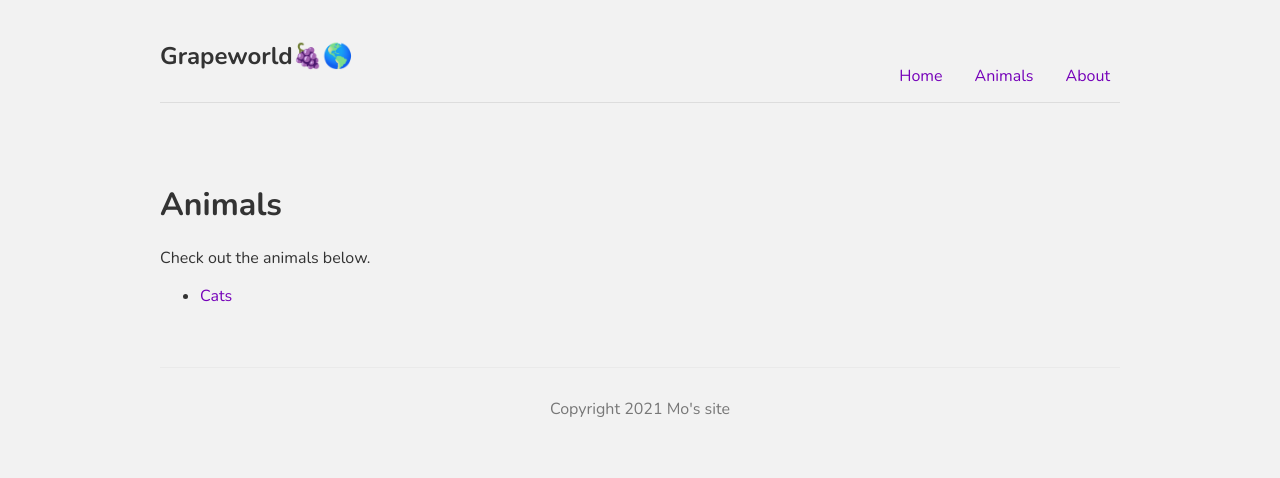
Repository: technogize/next-test-site
Page: /animals
An editor plug-in stored every save of this project. The page is shown before and after the next save, followed by the edit.
The browser window is 1280 px wide. The pictures show the whole page.
The project was rebuilt for these pictures with package versions that can differ from the ones it lists, and the page was loaded fresh each time. The framework's server and built-in components were replaced by stand-ins that run in the browser.

Above is the page before, as saved 2021-10-02 20:49:24.

After the next save:
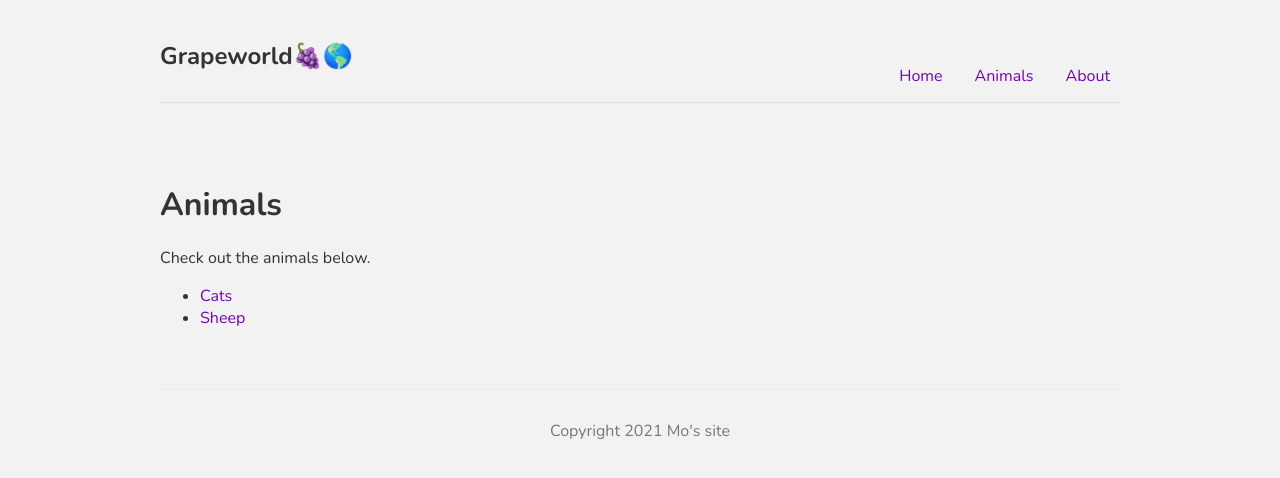
Saved 30 s later.
--- a/pages/animals/index.js
+++ b/pages/animals/index.js
@@ -11,6 +11,9 @@ const index = () => {
                 <li>
                     <Link href='/animals/cats'>Cats</Link>
                 </li>
+                <li>
+                    <Link href='/animals/sheep'>Sheep</Link>
+                </li>
             </ul>
         </div>
     )
